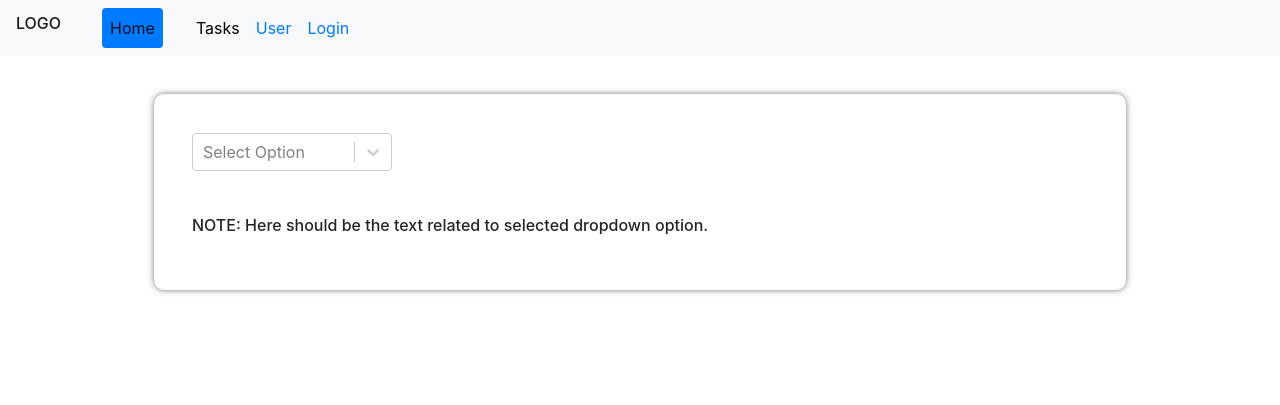
Repository: lalji-yadav/Nimapinfotech-demo-project
Page: /
These files come from the project's save history. The page is drawn as it stood at one moment and after the next save; the edit follows.
The browser window is 1280 px wide. The pictures show the whole page.
The project was rebuilt for these pictures with package versions that can differ from the ones it lists, and the page was loaded fresh each time. Also part of the build but not shown: src/components/Tasks.js, src/components/Users.js, src/components/Login.js.

Above is the page before, as saved 2021-01-18 16:40:24.

### src/index.js
import React from 'react';
import ReactDOM from 'react-dom';
import './index.css';
import App from './App';
// import  Navbar from "../src/components/Navbars";
import reportWebVitals from './reportWebVitals';

import 'bootstrap/dist/css/bootstrap.min.css';

ReactDOM.render(
  <React.StrictMode>
    <App />
  </React.StrictMode>,
  document.getElementById('root')
);

// If you want to start measuring performance in your app, pass a function
// to log results (for example: reportWebVitals(console.log))
// or send to an analytics endpoint. Learn more: https://bit.ly/CRA-vitals
reportWebVitals();

### src/App.js
// import './App.css';
import Navbar from "./components/Navbars";
// import Login from "./components/Login";


function App() {
  return (
    <div>

     <Navbar />
    {/* <Login /> */}

    </div>
  );
}

export default App;

### src/components/Navbars.js
import React from 'react';
import { Navbar,Nav,NavDropdown,Form,FormControl ,Button } from 'react-bootstrap';
import {
  BrowserRouter as Router,
  Switch,
  Route,
  Link
} from "react-router-dom";

import "../App.css";

import Home from "./Home";
import Tasks from "./Tasks";
import User from "./Users";
import Login from "./Login";


const Navbars=()=> {
        return (
            <div>

              <Router>
                  <Navbar bg="light" expand="lg">
                      <Navbar.Brand> <h6>LOGO</h6></Navbar.Brand>
                      <Navbar.Toggle aria-controls="basic-navbar-nav" />
                      <Navbar.Collapse id="basic-navbar-nav">
                      <Nav variant="pills" defaultActiveKey="/">
                        <Nav.Item className="navbarbtn">
                          <Nav.Link href="/">Home </Nav.Link>
                        </Nav.Item>
                        <Nav.Item className='navbarbtn'>
                          <Nav.Link eventKey="link-1"> <Link style={{color:"black"}}  to="/tasks"> Tasks </Link> </Nav.Link>
                        </Nav.Item>
                        <Nav.Item>
                          <Nav.Link eventKey="link-2">
                          <Link to="/user"> User </Link>
                          </Nav.Link>
                        </Nav.Item>

                        <Nav.Item>
                          <Nav.Link eventKey="link-3">
                          <Link to="/login"> Login </Link>
                          </Nav.Link>
                        </Nav.Item>
                      </Nav>
                      </Navbar.Collapse>
                    </Navbar>


                    <Switch>
                      <Route exact path="/" component={Home} />

                      <Route exact path="/user" component={User} />

                      <Route exact path="/tasks" component={Tasks} />

                      <Route exact path="/login" component={Login} />

                    </Switch>
             </Router>

            </div>
        );
    }

export default Navbars;

### src/App.css
.scroll-tab {
    height: 55vh;
    margin: 3% 3% 5% 3%;
    overflow-y: scroll;
    border: "1px solid red";
}
::-webkit-scrollbar{
    width: 12px;
    height: 12px;
}
::-webkit-scrollbar-track {
    box-shadow: inset 0 0 10px #4A4A4A;
    border-radius: 10px;
    }

    ::-webkit-scrollbar-thumb {
    border-radius: 10px;
    background: #4A4A4A;
}

.effect1{
        box-shadow: 0px 0px 6px #777;
        border-radius: 10px;
}

.navbarbtn {
     margin-left: 25px;
     font-size:'5vw'
}

### src/components/Home.js
import React, { useState } from 'react';
import Select from 'react-select';

const Home=()=> {

    const data = [
        {
             value: 'Lorem Ipsum is simply dummy text of the printing and typesetting industry Lorem Ipsum has been the industrys standard dummy text ever since the 1500s when an unknown printer took a galley  type and scrambled it to make a type specimen book',
             label: 'Home'
        },
        {
            value: 'It is a long established fact that a reader will be distracted by the readable content of a page when looking at its layout. The point of using Lorem Ipsum is that it has a more-or-less normal distribution of letters, as opposed to using',
            label: 'Contact'
        },
        {
             value: 'It is a long established fact that a reader will be distracted by the readable content of a page when looking at its layout. The point of using Lorem Ipsum is that it has a more-or-less normal distribution of letters, as opposed to using Content here',
            label: 'About'
         },
        {
           value: 'There are many variations of passages of Lorem Ipsum available, but the majority have suffered alteration in some form, by injected humour, or randomised words which dont look even slightly believable If you are going to use a passage of Lorem Ipsum you need to be sure there isnt anything embarrassing hidden in the middle of text',
           label: 'Gallary'
        },
      ];

      const [select, setSelelct] = useState('')

      const handleChange = e => {
        setSelelct(e);
      }

        return (
            <div className="effect1" style={{margin:"3% 12% 0% 12%", padding:'3%'}}>
                <div style={{width:"200px"}}>
                <Select
                    placeholder="Select Option"
                    value={select} // set selected value
                    options={data} // set list of the data
                    onChange={handleChange} // assign onChange function
                />
                </div>

                {select &&
                <div style={{ marginTop: 20, lineHeight: '25px' }}>
                    <b>Selected Option</b><br />
                    <div style={{ marginTop: 10, fontSize:"1.2vw"}}> {select.label}</div>
                    <div style=
                    {{ width:'60%',
                     border:'1px solid green',
                      marginTop: '3%',
                      fontSize:"1.2vw",
                      padding:'5%'}}>
                          {select.value}</div>
                </div>
                }

                <h6 style={{padding:'5% 0% 1% 0%'}}> NOTE: Here should be the text related to selected dropdown option.  </h6>

            </div>
        );
    }

export default Home;

Loaded but not shown: public/index.html (common file); src/index.css (common file); src/reportWebVitals.js (common file)

After the next save:
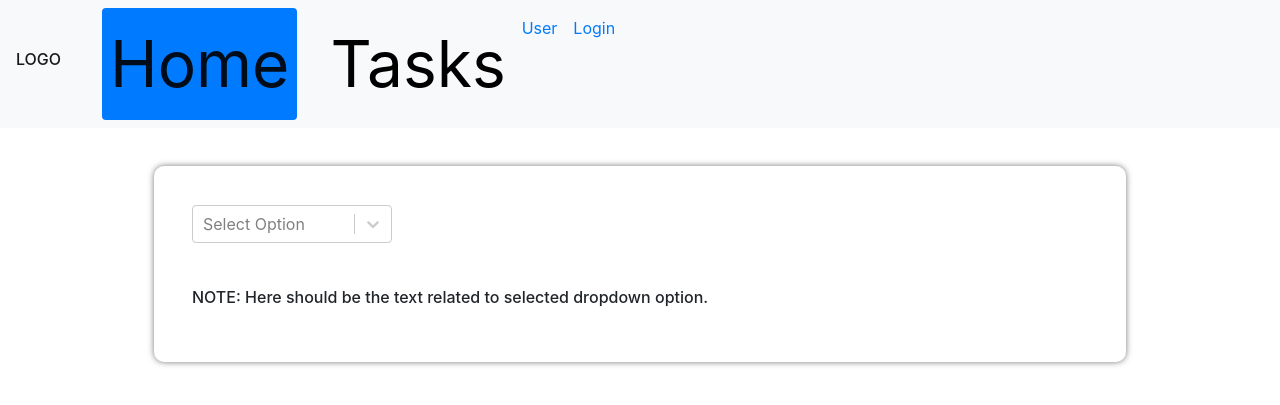
Saved 27 s later.
--- a/src/App.css
+++ b/src/App.css
@@ -25,5 +25,5 @@
 
 .navbarbtn {
      margin-left: 25px;
-     font-size:'5vw'
+     font-size:5vw;
 }
